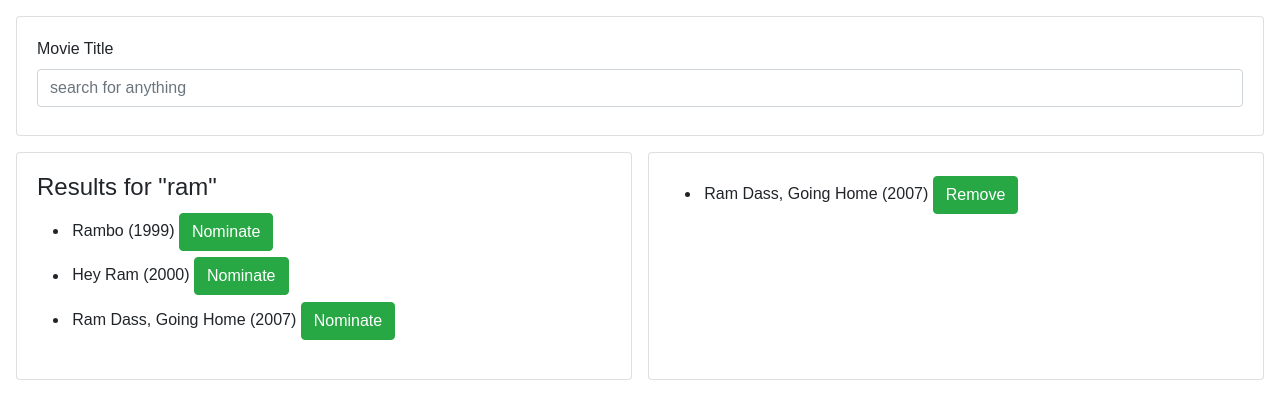
Repository: akinsikuoluwafemi/shoppies-movie-collection
Page: /
These files come from the project's save history. The page is drawn as it stood at one moment and after the next save; the edit follows.
The browser window is 1280 px wide. The pictures show the whole page.
The project was rebuilt for these pictures with package versions that can differ from the ones it lists, and the page was loaded fresh each time. Also part of the build but not shown: src/App.css.

Above is the page before, as saved 2021-01-10 09:19:31.

After the next save:
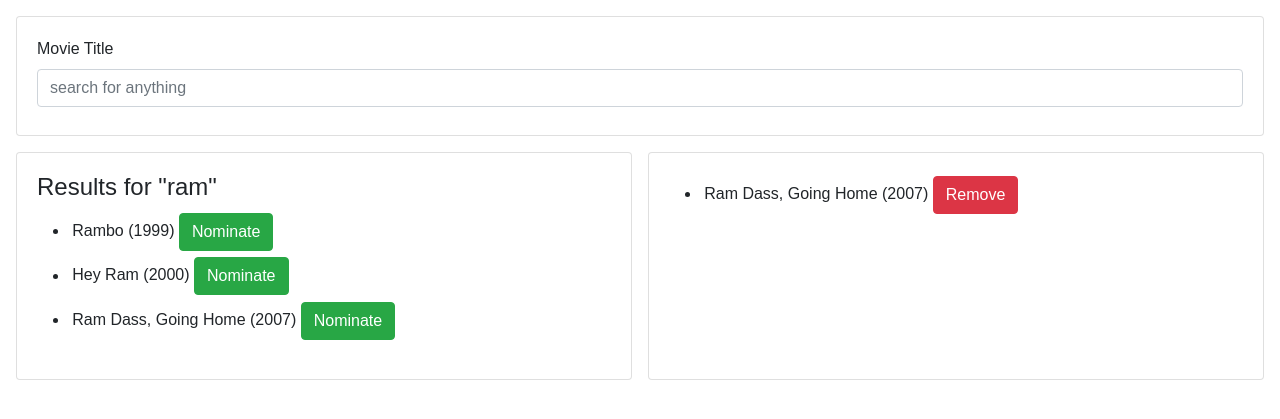
Saved 6 s later.
--- a/src/components/Nominations.js
+++ b/src/components/Nominations.js
@@ -6,7 +6,7 @@ export default function Nominations() {
     return (<CardWrapper>
 
              <ul className="list">
-                <li className="list-item" >Ram Dass, Going Home (2007) <button className="btn btn-success" >Remove</button></li>
+                <li className="list-item" >Ram Dass, Going Home (2007) <button className="btn btn-danger" >Remove</button></li>
 
 
             </ul>
